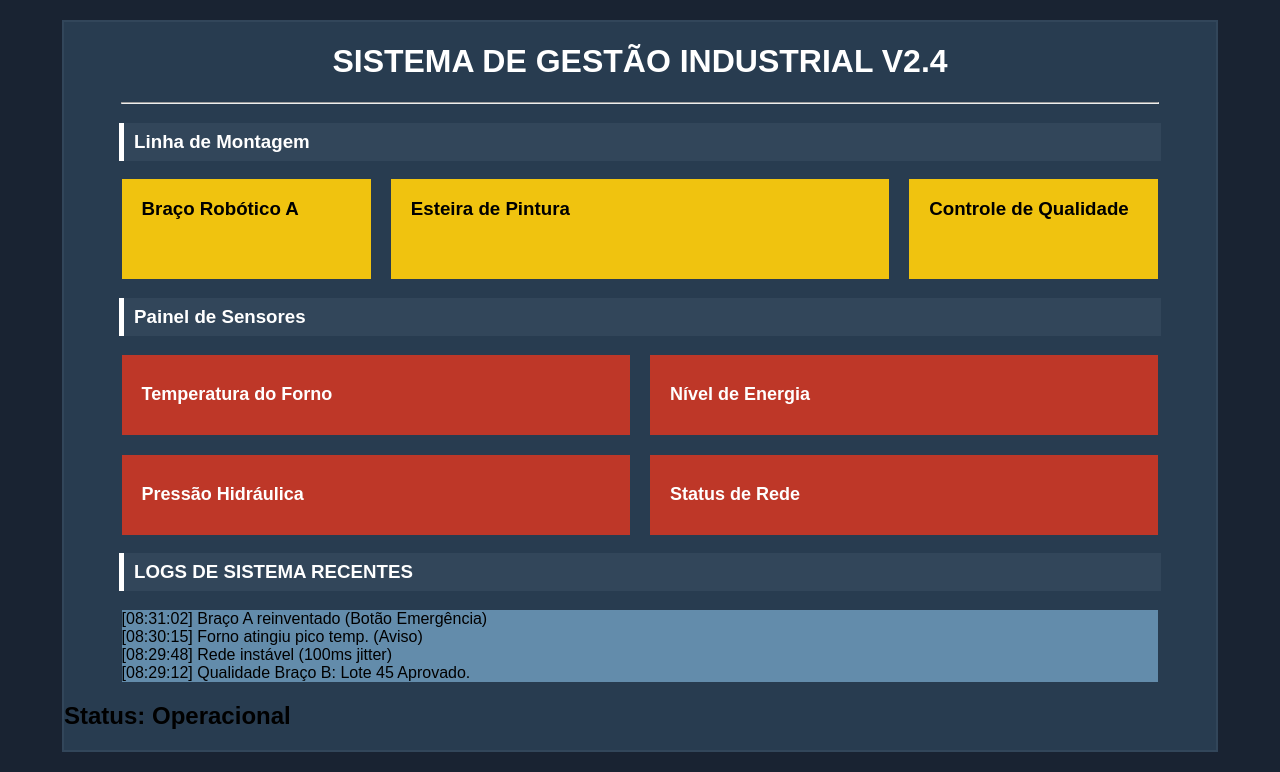
Repository: DanielEDapper/Front-WEG
Page: ProfeIgor/Aula5 - Dashboard Industrial/index.html
These files come from the project's save history. The page is drawn as it stood at one moment and after the next save; the edit follows.
The browser window is 1280 px wide. The pictures show the whole page.
Some icons come from a web library that is not loaded, so they are not drawn.

Above is the page before, as saved 2026-05-29 20:04:11.

After the next save:
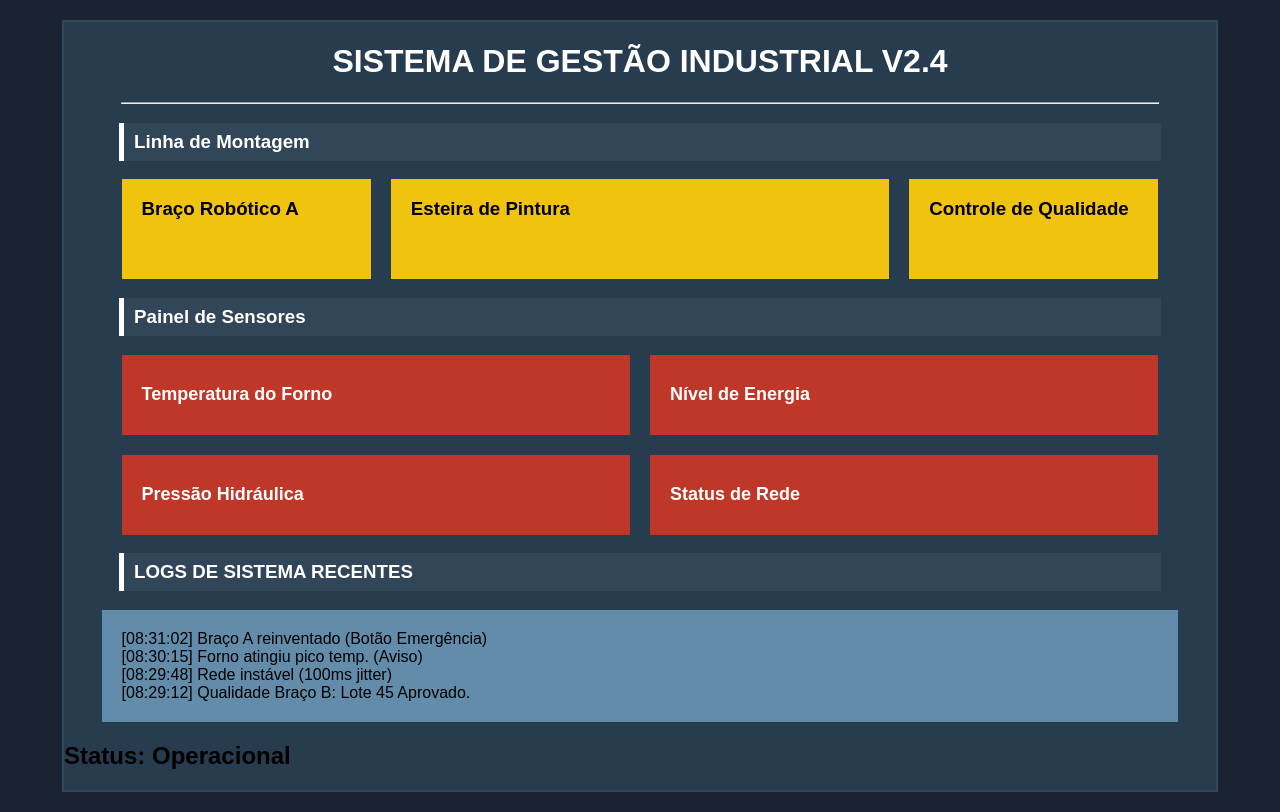
Saved 5 s later.
--- a/ProfeIgor/Aula5 - Dashboard Industrial/style.css
+++ b/ProfeIgor/Aula5 - Dashboard Industrial/style.css
@@ -125,7 +125,7 @@ hr{
     background-color: var(--accent-blue);
     width: 90%;
     justify-self: center;
-    padding: ;
+    padding: 20px;
 }
 
 .container-logs p {
